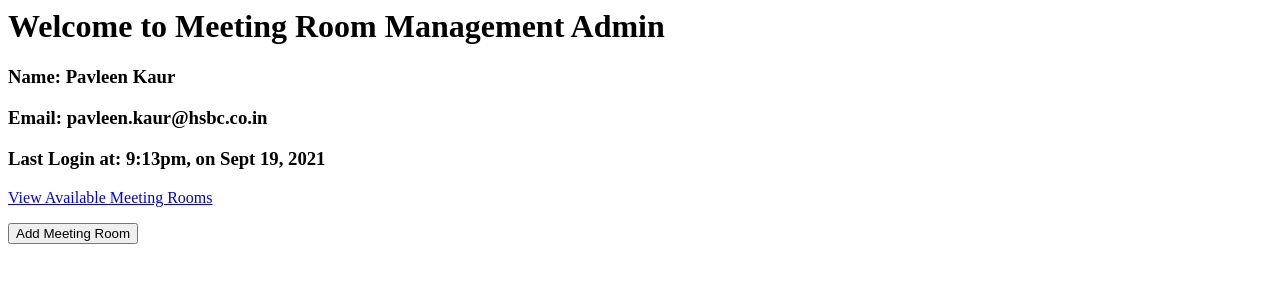
Repository: pavleen14/techyons-code-fury
Page: http://localhost/meetingroommanagement/admin.jsp
The author's editor kept a copy of each file at every save. The page is drawn from the files as they stood at one save, then again after the next save.
The browser window is 1280 px wide. The pictures show the whole page.
The page is served by Tomcat 9. Other server files are loaded and not shown.

Above is the page before, as saved 2021-09-25 11:56:00.

### application/meetingroommanagement/src/main/webapp/admin.jsp
<%@page import="javax.servlet.descriptor.JspPropertyGroupDescriptor"%>
<html>
<body>
<h1> Welcome to Meeting Room Management Admin</h1>
<h3> Name: Pavleen Kaur</h2>
<h3> Email: pavleen.kaur@hsbc.co.in</h2>
<h3> Last Login at: 9:13pm, on Sept 19, 2021</h2>

   <a href="/meetingroommanagement/meetingroom" >View Available Meeting Rooms</a><p>
    <form>
         <input type="button" onclick="window.location.href = 'http://localhost:8080/meetingroommanagement/admin?option=create'" value="Add Meeting Room"/>
     </form>
</body>
</html>

After the next save:
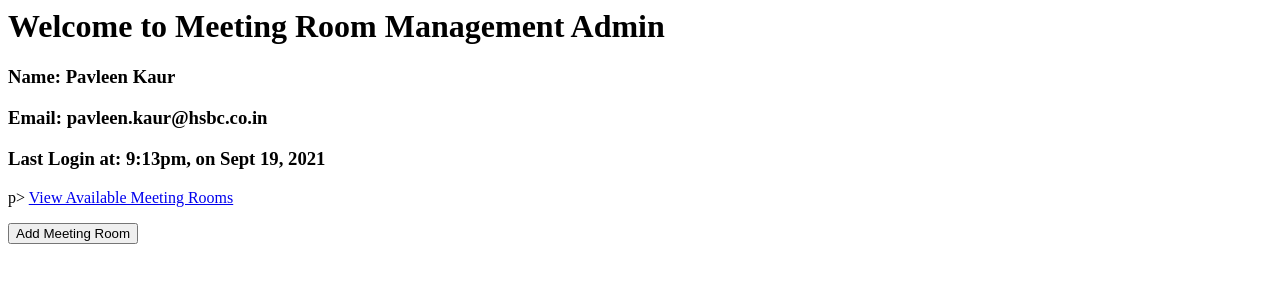
Saved 5 min 10 s later.
--- a/application/meetingroommanagement/src/main/webapp/admin.jsp
+++ b/application/meetingroommanagement/src/main/webapp/admin.jsp
@@ -5,7 +5,7 @@
 <h3> Name: Pavleen Kaur</h2>
 <h3> Email: pavleen.kaur@hsbc.co.in</h2>
 <h3> Last Login at: 9:13pm, on Sept 19, 2021</h2>
-
+<p></h3>p>
    <a href="/meetingroommanagement/meetingroom" >View Available Meeting Rooms</a><p>
     <form>
          <input type="button" onclick="window.location.href = 'http://localhost:8080/meetingroommanagement/admin?option=create'" value="Add Meeting Room"/>
